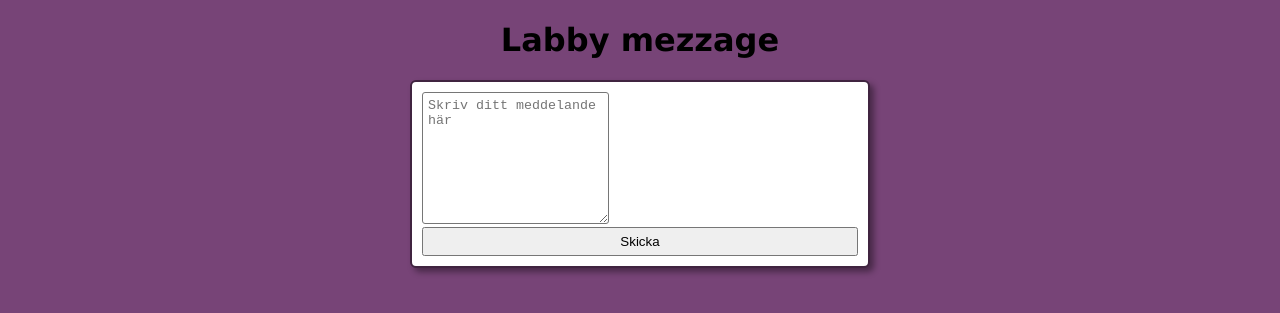
Repository: jk222rp/1dv403-laborationer
Page: 2-labbymezzage/index.html
The author's editor kept a record of every edit. The page is drawn from the files as they stood at one moment, then again after the next edit.
The browser window is 1280 px wide. The pictures show the whole page.

Above is the page before.

### 2-labbymezzage/index.html
<!doctype html>
<html lang="sv">
    <head>
        <meta charset="UTF-8" />
        <title>Labbymezzage</title>

        <link rel="stylesheet" type="text/css" href="css/style.css" />

        <script src="js/Message.js"></script>
        <script src="js/MessageBoard.js"></script>
    </head>
    <body>
        <div id="container">
            <div id="header">
                <h1>Labby mezzage</h1>
            </div>
            <div id="content">
                <div id="theMessages">

                </div>
                <textarea placeholder="Skriv ditt meddelande här" id="aMessage" name="aMessage"></textarea>
                <button id="sendButton">Skicka</button>
            </div>
        </div>
    </body>
</html>

### 2-labbymezzage/css/style.css
/* http://meyerweb.com/eric/tools/css/reset/
   v2.0 | 20110126
   License: none (public domain)
*/

html, body, div, span, applet, object, iframe,
h1, h2, h3, h4, h5, h6, p, blockquote, pre,
a, abbr, acronym, address, big, cite, code,
del, dfn, em, img, ins, kbd, q, s, samp,
small, strike, strong, sub, sup, tt, var,
b, u, i, center,
dl, dt, dd, ol, ul, li,
fieldset, form, label, legend,
table, caption, tbody, tfoot, thead, tr, th, td,
article, aside, canvas, details, embed,
figure, figcaption, footer, header, hgroup,
menu, nav, output, ruby, section, summary,
time, mark, audio, video {
	margin: 0;
	padding: 0;
	border: 0;
	font-size: 100%;
	font: inherit;
	vertical-align: baseline;
}
/* HTML5 display-role reset for older browsers */
article, aside, details, figcaption, figure,
footer, header, hgroup, main, menu, nav, section {
	display: block;
}
body {
	line-height: 1;
}
ol, ul {
	list-style: none;
}
blockquote, q {
	quotes: none;
}
blockquote:before, blockquote:after,
q:before, q:after {
	content: '';
	content: none;
}
table {
	border-collapse: collapse;
	border-spacing: 0;
}

/*END OF RESET*/

/*START OF STYLE*/

/*COLORS
    Background: #747 (purple)
    Content background: #fff (white)
    Messages background: #AD8FAD (light purple)
    Header text: #000 (black)
    Borders: #402440 (dark purple)
*/


body {
    background-color: #747;
    font-size: 1em;
}

#container {
    margin: 0 auto;
    max-width: 480px;
}

#header {
    height: 60px;
    margin: 10px;
}

h1 {
    color: #000;
    font-family: Verdana, arial, sans-serif;
    font-size: 2em;
    font-weight: bold;
    line-height: 60px;
    text-align: center;
}

#content {
    background-color: #fff;
    border: 2px solid #402440;
    border-radius: 6px;
    box-shadow: 4px 4px 6px rgba(0, 0, 0, 0.4);
    margin: 10px;
    padding: 10px;
}

#theMessages div {
    background-color: #AD8FAD;
    border: 1px solid #747;
    border-radius: 3px;
    box-shadow: 0 2px 3px rgba(0, 0, 0, 0.4);
    color: #000;
    font-family: verdana, arial, sans-serif;
    font-size: 0.8em;
    line-height: 1.4em;
    margin: 10px;
    padding: 10px;
    text-align: left;
}

#theMessages div p:last-child {
    color: #747;
    font-family: verdana, arial, sans-serif;
    font-size: 0.8em;
    margin: 0 -5px -5px 0;
    text-align: right;
}

#theMessages p:last-child {
    color: #888;
    font-family: verdana, arial, sans-serif;
    font-size: 0.8em;
    line-height: 1.4em;
    margin: 10px;
    text-align: right;
}

textarea {
    border-radius: 3px;
    height: 120px;

    padding: 5px;
}

button {
    padding: 5px;
    width: 100%;
}

button:hover {
    font-weight: bold;
}

### 2-labbymezzage/js/Message.js
"use strict"

function Message(message, date){

    this.getMessage = function() {
        return message;
    };

    this.setMessage = function(_message) {
        message = _message;
    };

    this.getDate = function() {
        return date;
    };

    this.setDate = function(_date) {
        date = _date;
    };
}

Message.prototype.getDateText = function() {
    return this.getDate().toLocaleTimeString();
};

Message.prototype.getHTMLText = function() {
    return this.getMessage().replace(/\n/g, "<br />");
};

Message.prototype.toString = function() {
    return this.getMessage() + " (" + this.getDate() + ")";
};

### 2-labbymezzage/js/MessageBoard.js
"use strict"

var MessageBoard = {

    messages: [],

    renderMessages: function() {
        var count = 0;
        var theMessages = document.getElementById("theMessages");

        // Remove all messages
        theMessages.innerHTML = "";

        // Renders all messages
        for (var i = 0; i < MessageBoard.messages.length; i++) {
            MessageBoard.renderMessage(i);
            count = i;
        }

        // Adds message counter
        var numberOfMessages = document.createElement("p");
        numberOfMessages.innerHTML = "Antal meddelanden: " + (count + 1);
        theMessages.appendChild(numberOfMessages);
    },

    renderMessage: function(messageID) {
        var date = document.createElement("p");
        var div = document.createElement("div");
        var text = document.createElement("p");
        var theMessages = document.getElementById("theMessages");

        // Gets the text
        text.innerHTML = MessageBoard.messages[messageID].getHTMLText();
        div.appendChild(text);

        // Get the date
        date.innerHTML = MessageBoard.messages[messageID].getDateText();
        div.appendChild(date);

        // Renders the message
        theMessages.appendChild(div);
    },

    init: function() {
        var button = document.getElementById("sendButton");
        var message = document.getElementById("aMessage");

        button.onclick = function(){
            MessageBoard.messages.push(new Message(message.value, new Date()));
            MessageBoard.renderMessages();
        };
    }

};

window.onload = MessageBoard.init;

After the next edit:
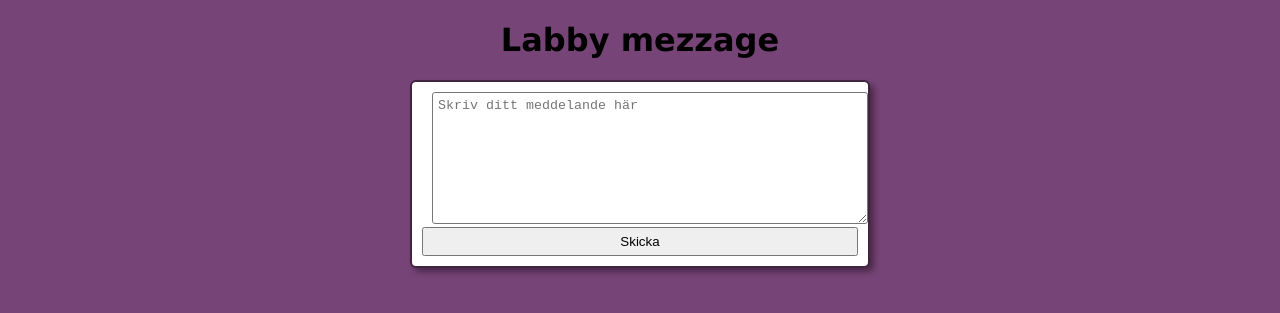
The edit:
--- a/2-labbymezzage/css/style.css
+++ b/2-labbymezzage/css/style.css
@@ -127,8 +127,9 @@
 textarea {
     border-radius: 3px;
     height: 120px;
-
+    margin: 0 10px;
     padding: 5px;
+    width: calc(100% - 12px);
 }
 
 button {
